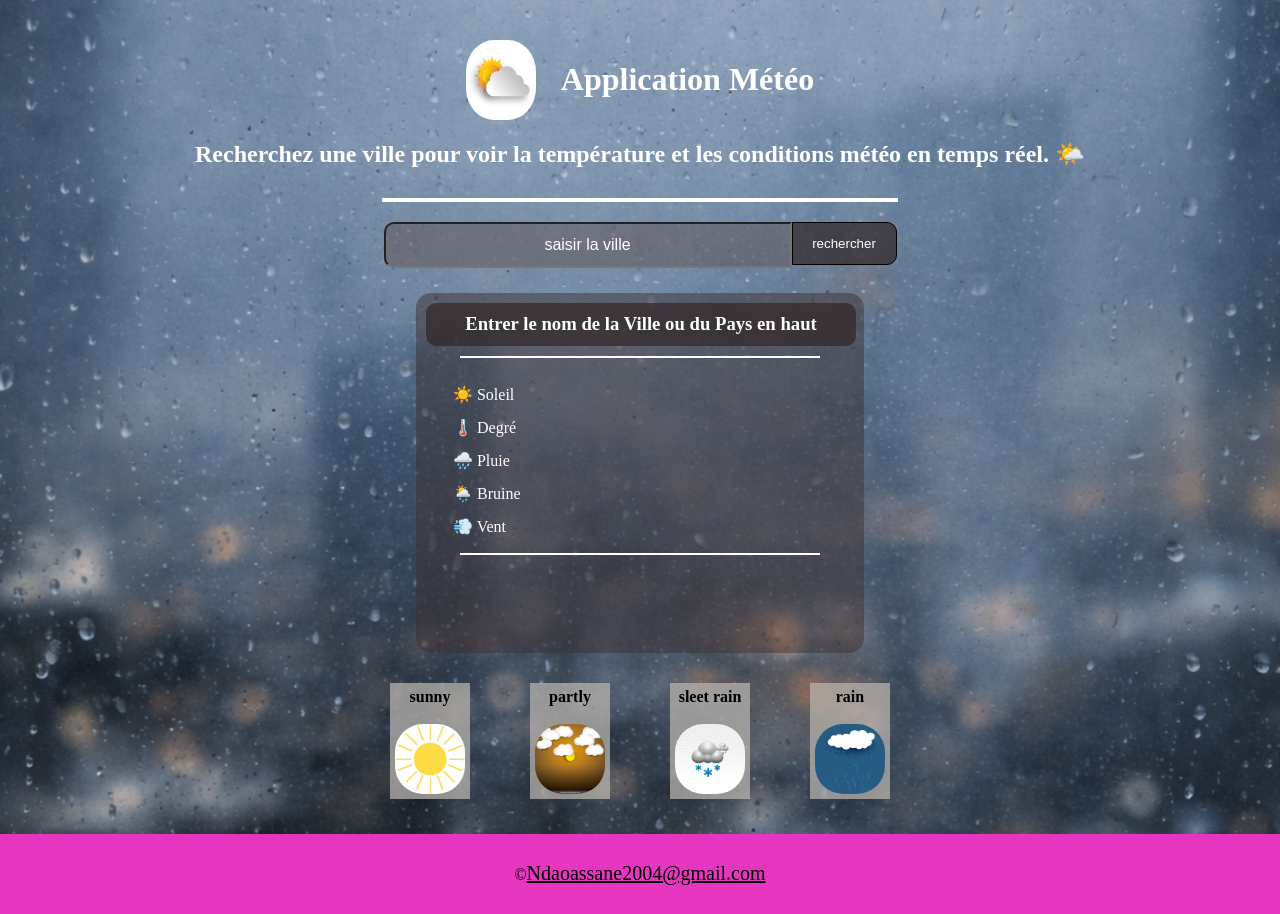
Repository: assanendao171/meteo
Page: index.html
The author's editor kept a copy of each file at every save. The page is drawn from the files as they stood at one save, then again after the next save.
The browser window is 1280 px wide. The pictures show the whole page.

Above is the page before, as saved 2026-03-16 13:33:57.

After the next save:
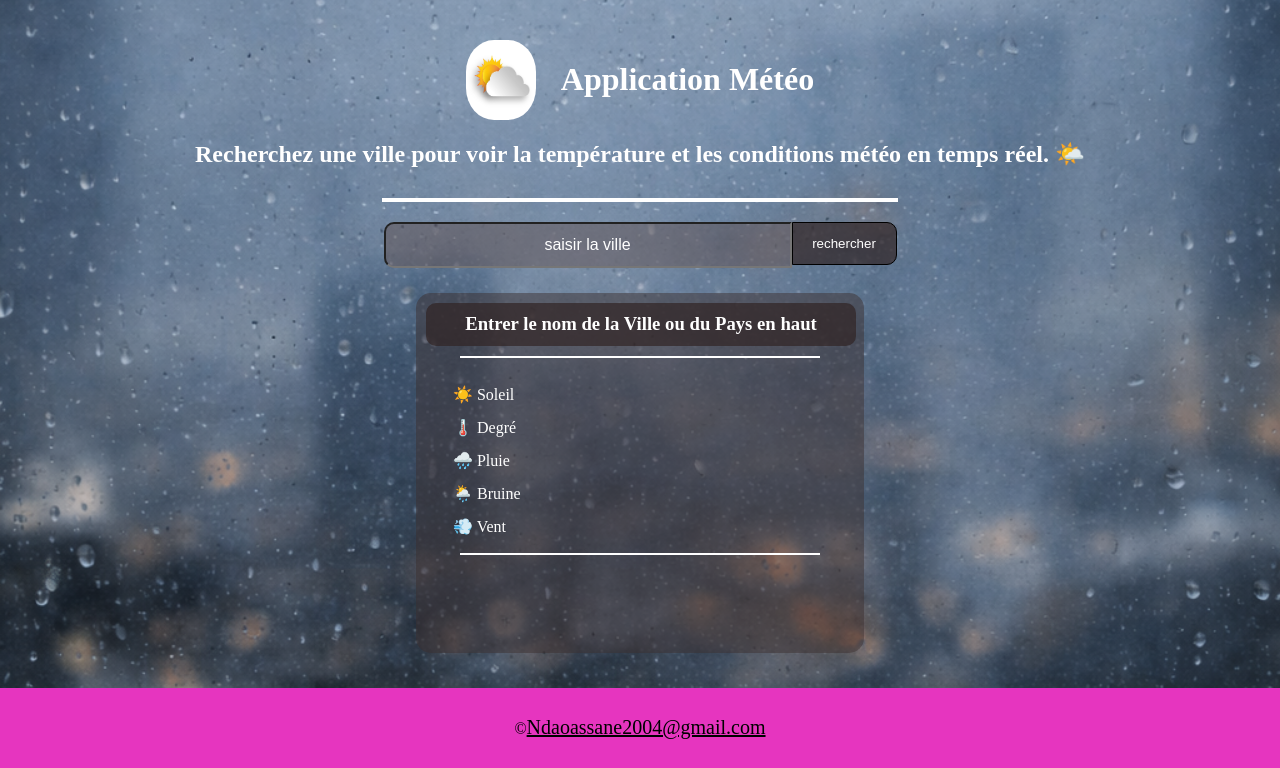
Saved 48 s later.
--- a/index.html
+++ b/index.html
@@ -34,32 +34,7 @@
             <hr id="hr">
 
     </div>
-    <div id="contain2">
-        <div id="enfant">
-            <h4>sunny</h4><br>
-            <img src="sunny.jpg" alt="" id="photobas">
-        </div>
 
-
-
-        <div id="enfant">
-            <h4>partly </h4><br>
-            <img src="partlycloud.jpg" alt="" id="photobas">
-        </div>
-
-        <div id="enfant">
-            <h4>sleet rain</h4><br>
-            <img src="sleetrain.jpg" alt="" id="photobas">
-        </div>
-
-        <div id="enfant">
-            <h4>rain</h4><br>
-            <img src="rain.jpg" alt="" id="photobas">
-        </div>
-
-
-
-    </div>
     </div>
     <footer>
         <p id="p">&copy;<a href="mailto:Ndaoassane2004@gmail.com">Ndaoassane2004@gmail.com</a></p>
